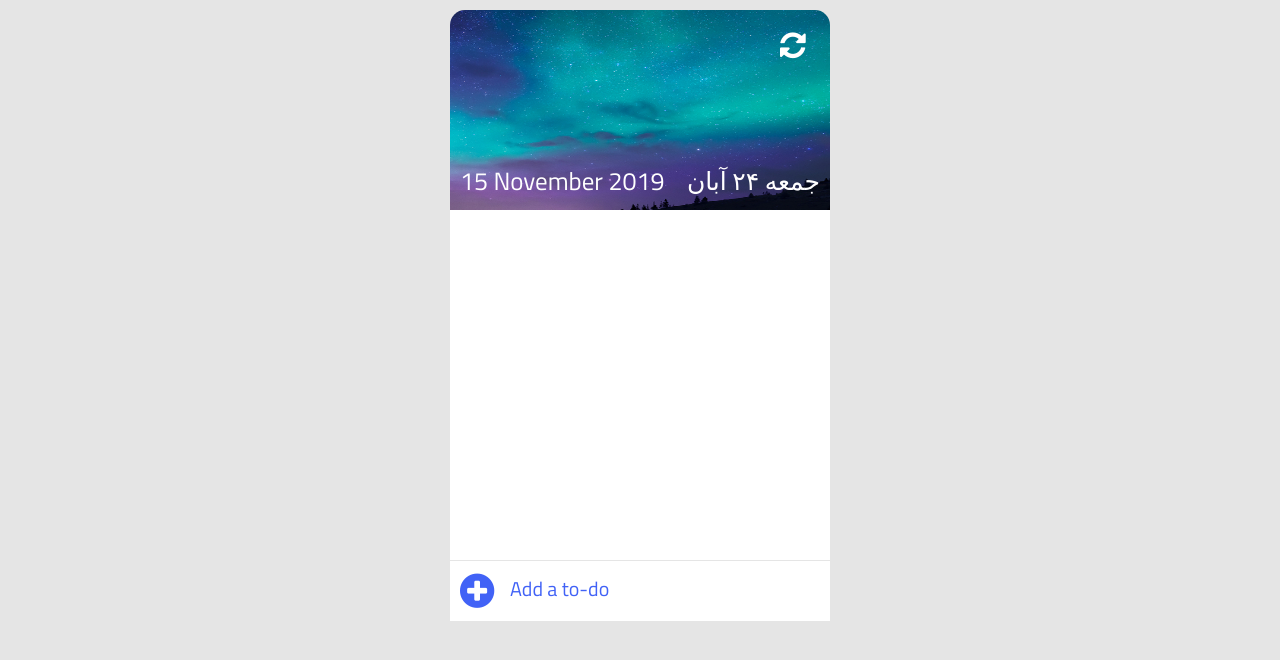
Repository: abouzarSoleymani/todo-js
Page: index.html
An editor plug-in stored every save of this project. The page is shown before and after the next save, followed by the edit.
The browser window is 1280 px wide. The pictures show the whole page.
Some web libraries are served in a nearby version.

Above is the page before, as saved 2019-11-15 13:34:32.

### index.html
<!-- CODE EXPLAINED CHANNEL -->
<!DOCTYPE html>
<html lang="en">
<head>
    <meta charset="UTF-8">
    <title>JavaScript - To Do List</title>
    <link rel="stylesheet" href="https://fonts.googleapis.com/css?family=Titillium+Web">
    <script src="https://cdnjs.cloudflare.com/ajax/libs/moment.js/2.24.0/moment.min.js"></script>
    <script src="https://cdnjs.cloudflare.com/ajax/libs/moment.js/2.24.0/locale/fa.js"></script>

    <link rel="stylesheet" href="css/font-awesome.css">
    <link rel="stylesheet" href="css/style.css">
</head>
<body>
    <div class="container">
        <div class="header">
            <div class="clear">
                <i class="fa fa-refresh"></i>
            </div>
            <div id="date"></div>
            <div id="date-fa"></div>
        </div>
        <div class="content">
            <ul id="list">
               <!--
                <li class="item">
                    <i class="fa fa-circle-thin co" job="complete" id="0"></i>
                    <p class="text">Drink Coffee</p>
                    <i class="fa fa-trash-o de" job="delete" id="0"></i>
                </li> -->
            </ul>
        </div>
        <div class="add-to-do">
            <i class="fa fa-plus-circle"></i>
            <input type="text" id="input" placeholder="Add a to-do">
        </div>
    </div>
    <script src="js/app.js"></script>
</body>
</html>

### css/style.css
/* ------------ youtube.com/CodeExplained ------------ */
body{
    padding: 0;
    margin: 0;
    background-color: rgba(0,0,0,0.1);
    font-family: 'Titillium Web', sans-serif;
}

/* ------------ container ------------ */
.container{
    padding:10px;
    width:380px;
    margin:0 auto;
}

/* ------------ header ------------ */
.header{
    width: 380px;
    height:200px;
    background-image: url('../img/bg2.jpg');
    background-size: 100% 200%;
    background-repeat: no-repeat;
    border-radius: 15px 15px 0 0;
    position: relative;
}
.clear{
    width : 30px;
    height: 30px;
    position: absolute;
    right:20px;
    top: 20px;
}
.clear i{
    font-size: 30px;
    color: #FFF;
}
.clear i:hover{
    cursor: pointer;
    text-shadow: 1px 3px 5px #000;
    transform: rotate(45deg);
}
#date{
    position: absolute;
    bottom: 10px;
    left: 10px;
    color: #FFF;
    font-size: 25px;
    font-family: 'Titillium Web', sans-serif;
}
#date-fa{
    position: absolute;
    bottom: 10px;
    right: 10px;
    color: #FFF;
    font-size: 25px;
    font-family: 'Titillium Web', sans-serif;
}

/* ------------ content ------------ */
.content{
    width:380px;
    height: 350px;
    max-height:350px;
    background-color: #FFF;
    overflow: auto;
}
.content::-webkit-scrollbar {
    display: none;
}
.content ul{
    padding:0;
    margin:0;
}
.item{
    width:380px;
    height: 45px;
    min-height: 45px;
    position: relative;
    border-bottom: 1px solid rgba(0,0,0,0.1);
    list-style: none;
    padding: 0;
    margin: 0;
}
.item i.co{
    position: absolute;
    font-size: 25px;
    padding-left:5px;
    left:15px;
    top:10px;
}
.item i.co:hover{
    cursor: pointer;
}
.fa-check-circle{
    color:#6eb200;
}
.item p.text{
    position: absolute;
    padding:0;
    margin:0;
    font-size: 20px;
    left:50px;
    top:5px;
    background-color: #FFF;
    max-width:285px;
}
.lineThrough{
    text-decoration: line-through;
    color : #ccc;
}
.item i.de{
    position: absolute;
    font-size: 25px;
    right:15px;
    top:10px;
}
.item i.de:hover{
    color:#af0000;
    cursor: pointer;
}
/* ------------ add item ------------ */
.add-to-do{
    position: relative;
    width: 360px;
    height:40px;
    background-color: #FFF;
    padding: 10px;
    border-top: 1px solid rgba(0,0,0,0.1);
}
.add-to-do i{
    position: absolute;
    font-size: 40px;
    color: #4162f6;
}

.add-to-do input{
    position: absolute;
    left: 50px;
    height: 35px;
    width: 310px;
    background-color: transparent;
    border: none;
    font-size: 20px;
    padding-left:10px;
}
.add-to-do input::-webkit-input-placeholder { /* Chrome/Opera/Safari */
    color: #4162f6;
    font-family: 'Titillium Web', sans-serif;
    font-size: 20px;
}
.add-to-do input::-moz-placeholder { /* Firefox 19+ */
    color: #4162f6;
    font-family: 'Titillium Web', sans-serif;
    font-size: 20px;
}
.add-to-do input:-ms-input-placeholder { /* IE 10+ */
    color: #4162f6;
    font-family: 'Titillium Web', sans-serif;
    font-size: 20px;
}
.add-to-do input:-moz-placeholder { /* Firefox 18- */
    color: #4162f6;
    font-family: 'Titillium Web', sans-serif;
    font-size: 20px;
}

### js/app.js
// CODE EXPLAINED channel

// Select the Elements
const clear = document.querySelector(".clear");
const dateElementEN = document.getElementById("date");
const dateElementFA = document.getElementById("date-fa");
const list = document.getElementById("list");
const input = document.getElementById("input");

// Classes names
const CHECK = "fa-check-circle";
const UNCHECK = "fa-circle-thin";
const LINE_THROUGH = "lineThrough";

// Variables
let LIST, id;

// get item from localstorage
let data = localStorage.getItem("TODO");

// check if data is not empty
if(data){
    LIST = JSON.parse(data);
    id = LIST.length; // set the id to the last one in the list
    loadList(LIST); // load the list to the user interface
}else{
    // if data isn't empty
    LIST = [];
    id = 0;
}

// load items to the user's interface
function loadList(array){
    array.forEach(function(item){
        addToDo(item.name, item.id, item.done, item.trash);
    });
}

// clear the local storage
clear.addEventListener("click", function(){
    localStorage.clear();
    location.reload();
});

// Show todays date
const optionsEN = {weekday : "long", month:"short", day:"numeric"};
const optionsFA = { month:"short", weekday : "long", day:"numeric"};
const today = new Date();
var localLocale = moment();

localLocale.lang('fa');
localLocale.locale('fa');
var formatted = moment(today).format('D MMMM YYYY');


dateElementEN.innerHTML = formatted;
dateElementFA.innerHTML = today.toLocaleDateString("fa", optionsFA);

// add to do function

function addToDo(toDo, id, done, trash){

    if(trash){ return; }

    const DONE = done ? CHECK : UNCHECK;
    const LINE = done ? LINE_THROUGH : "";

    const item = `<li class="item">
                    <i class="fa ${DONE} co" job="complete" id="${id}"></i>
                    <p class="text ${LINE}">${toDo}</p>
                    <i class="fa fa-trash-o de" job="delete" id="${id}"></i>
                  </li>
                `;

    const position = "beforeend";

    list.insertAdjacentHTML(position, item);
}

// add an item to the list user the enter key
document.addEventListener("keyup",function(even){
    if(event.keyCode == 13){
        const toDo = input.value;

        // if the input isn't empty
        if(toDo){
            addToDo(toDo, id, false, false);

            LIST.push({
                name : toDo,
                id : id,
                done : false,
                trash : false
            });

            // add item to localstorage ( this code must be added where the LIST array is updated)
            localStorage.setItem("TODO", JSON.stringify(LIST));

            id++;
        }
        input.value = "";
    }
});


// complete to do
function completeToDo(element){
    element.classList.toggle(CHECK);
    element.classList.toggle(UNCHECK);
    element.parentNode.querySelector(".text").classList.toggle(LINE_THROUGH);

    LIST[element.id].done = LIST[element.id].done ? false : true;
}

// remove to do
function removeToDo(element){
    element.parentNode.parentNode.removeChild(element.parentNode);

    LIST[element.id].trash = true;
}

// target the items created dynamically

list.addEventListener("click", function(event){
    const element = event.target; // return the clicked element inside list
    const elementJob = element.attributes.job.value; // complete or delete

    if(elementJob == "complete"){
        completeToDo(element);
    }else if(elementJob == "delete"){
        removeToDo(element);
    }

    // add item to localstorage ( this code must be added where the LIST array is updated)
    localStorage.setItem("TODO", JSON.stringify(LIST));
});

Loaded but not shown: css/font-awesome.css (library)

After the next save:
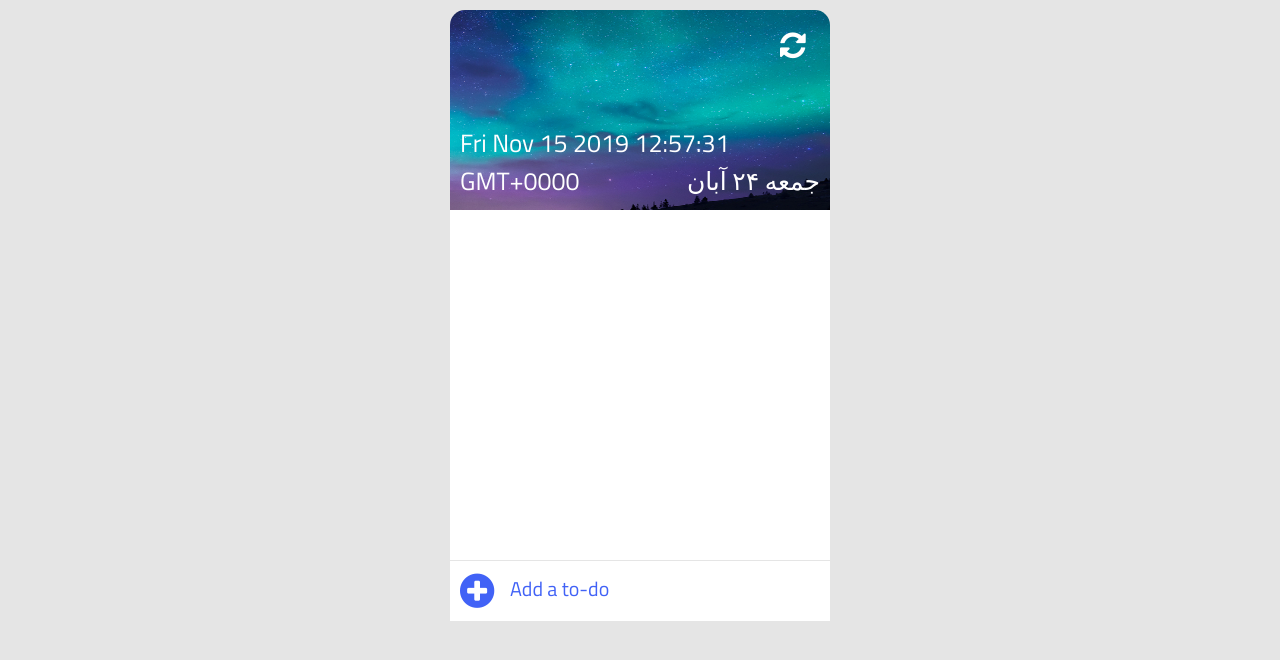
Saved 14 s later.
--- a/js/app.js
+++ b/js/app.js
@@ -50,7 +50,8 @@ var localLocale = moment();
 
 localLocale.lang('fa');
 localLocale.locale('fa');
-var formatted = moment(today).format('D MMMM YYYY');
+localLocale.format('D MMMM YYYY');
+var formatted = moment(today)
 
 
 dateElementEN.innerHTML = formatted;
